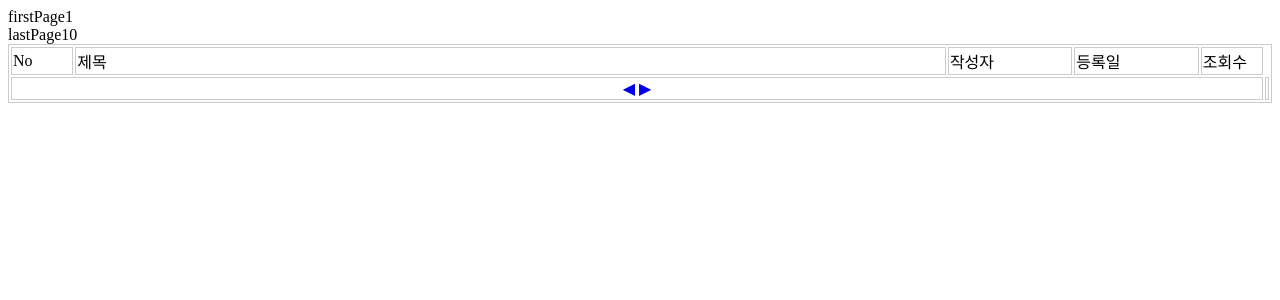
Repository: SyngyeonTak/javaee_workspace
Page: http://localhost/BoardApp/news/list.jsp
The author's editor kept a copy of each file at every save. The page is drawn from the files as they stood at one save, then again after the next save.
The browser window is 1280 px wide. The pictures show the whole page.
The page is served by Tomcat 9. Queries for data that is not in the repository find no rows.

Above is the page before, as saved 2020-12-09 02:03:46.

After the next save:
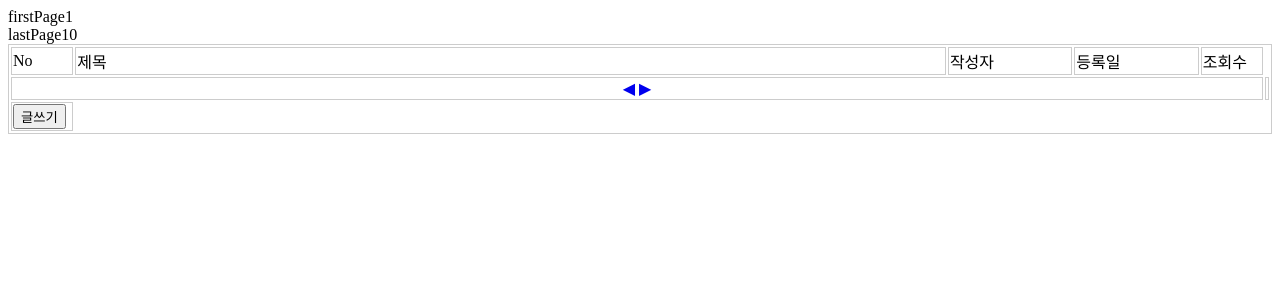
Saved 70 s later.
--- a/BoardApp/WebContent/news/list.jsp
+++ b/BoardApp/WebContent/news/list.jsp
@@ -107,6 +107,11 @@ a{
 
 			<td>
 		</tr>
+		<tr>
+			<td>
+				<button>글쓰기</button>
+			</td>
+		</tr>
 	</table>
 </body>
 </html>
